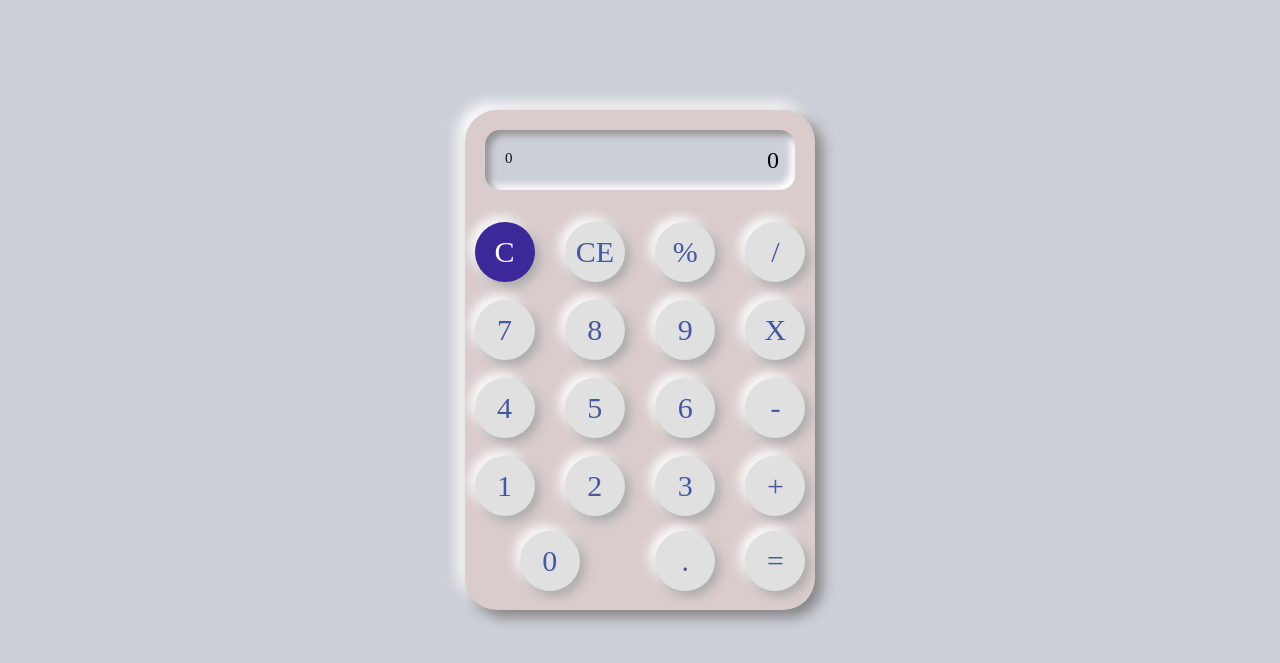
Repository: Goldmyn/Calculator
Page: index.html
The author's editor kept a copy of each file at every save. The page is drawn from the files as they stood at one save, then again after a run of saves.
The browser window is 1280 px wide. The pictures show the whole page.
The pointer rests on the first visible `.button`.

Above is the page before, as saved 2022-09-28 02:36:52.

### index.html
<!DOCTYPE html>
<html lang="en">
<head>
    <meta charset="UTF-8">
    <meta http-equiv="X-UA-Compatible" content="IE=edge">
    <meta name="viewport" content="width=device-width, initial-scale=1.0">
    <title>Calculator</title>
    <link rel="stylesheet" href="index.css">
</head>
<body>
    <header>

    </header>

    <section>
        <div class="container">
            <div class="calculator">
                <div class="display">
                    <div class="display_a">0</div>
                    <div class="border"> <div class="display-2">0</div> </div>
                </div>
                <div class="all_buttons">
                    <div class="button all_clear">C</div>
                    <div class="button last_entity_clear">CE</div>
                    <div class="button operation">%</div>
                    <div class="button operation">/</div>
                    <div class="button number">7</div>
                    <div class="button number">8</div>
                    <div class="button number">9</div>
                    <div class="button operation">X</div>
                    <div class="button number">4</div>
                    <div class="button number">5</div>
                    <div class="button number">6</div>
                    <div class="button operation">-</div>
                    <div class="button number">1</div>
                    <div class="button number">2</div>
                    <div class="button number">3</div>
                    <div class="button operation">+</div>
                    <div class="button btn-0 number">0</div>
                    <div class="button number dot">.</div>
                    <div class="button equal">=</div>
                </div>
            </div>
        </div>
    </section>
</body>
</html>

### index.css
* {
    padding: 0;
    margin: 0;
    box-sizing: border-box;
}
html {
    font-family: 'Gill Sans', 'Gill Sans MT', Calibri, 'Trebuchet MS', sans-serif';
}

section {
    background-color: #cdcfd8;
    min-height: 100vh;
    width: 100%;
    display: flex;
    align-items: center;
    justify-content: center;
}

.container {
    background-color: #e0e0e0;
    width: 90%;
    height: 500px;
    max-width: 350px;
    border-radius: 32px;
    background: #dacccc;
    box-shadow: 7px 7px 14px #828282, -7px -7px 14px #ffffff;
    overflow: hidden;
}

.display {
    height: 100px;
    width: 100%;
    text-align: right;
    padding: 20px;
    font-size: 30px;
    position: relative;
}

.display_a  {
    opacity: 0.9;
    font-size: 15px;
    height: 20px;
    overflow: hidden;
    position: absolute;
    bottom: 40px;
    left: 40px;
}

.border {
    background-color: aqua;
    height: 60px;
    width: 100%;
    padding-right: 1rem;
    display: flex;
    align-items: center;
    justify-content: flex-end;
    border-radius: 15px;
    background: #cdcfd8;
    font-size: 24px;
    box-shadow: inset 5px 5px 7px #949494 , inset -5px -5px 7px #ffffff;
}

.all_buttons {
    color: rgb(68, 90, 160);
    display: grid;
    grid-template:
        repeat(4, minmax(67px, 1fr))
        / repeat(4, minmax(50px, 1fr));
    gap: 0.7rem;
    transform: translateY(0.5rem);
    place-items: center;
}

.button {
    display: inline-block;
    height: 60px;
    width: 60px;
    display: flex;
    align-items: center;
    justify-content: center;
    font-size: 30px;
    cursor: pointer;
    border-radius: 100px;
    background: #e0e0e0;
    box-shadow: 5px 5px 11px #aaaaaa ,  -5px -5px 11px #ffffff;
}

.button:hover {
    background-color: rgb(60, 40, 153);
    color: white;
}

.btn-0 {
    grid-column: 1/3;
}

After the next 2 saves:
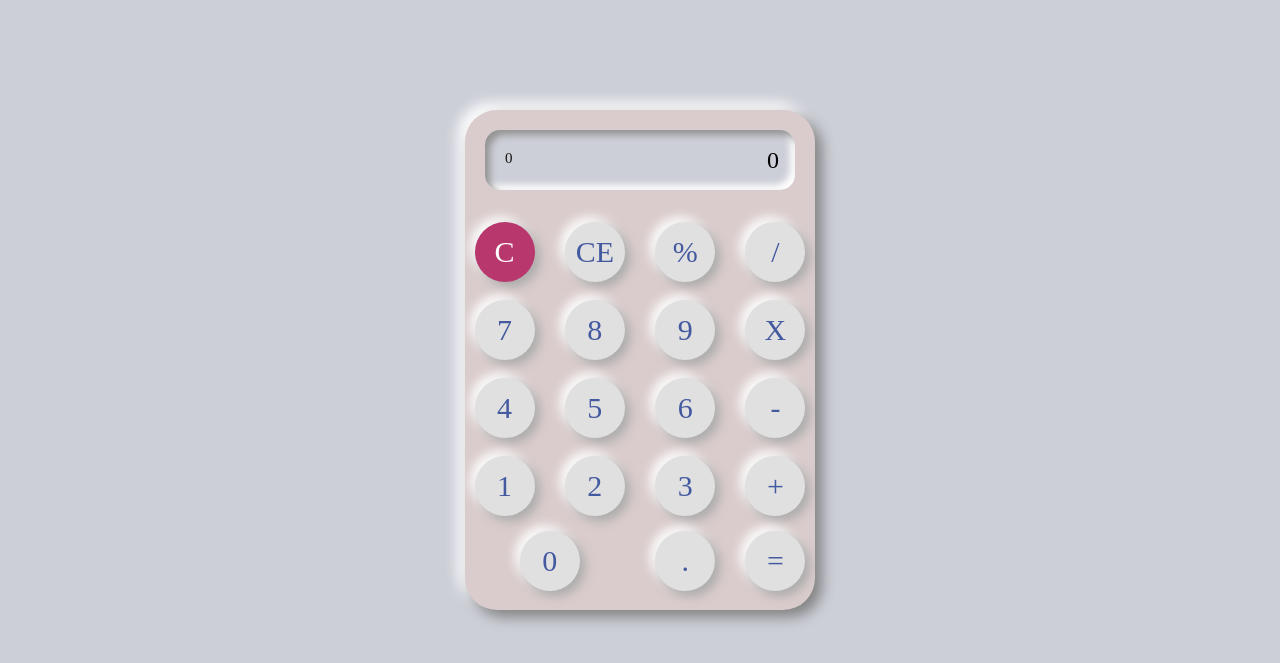
The 2 saves are shown as one change because they came seconds apart.
The last was saved 11 s later.
--- a/index.css
+++ b/index.css
@@ -86,7 +86,7 @@ section {
 }
 
 .button:hover {
-    background-color: rgb(60, 40, 153);
+    background-color: rgb(184, 55, 109);
     color: white;
 }
 
